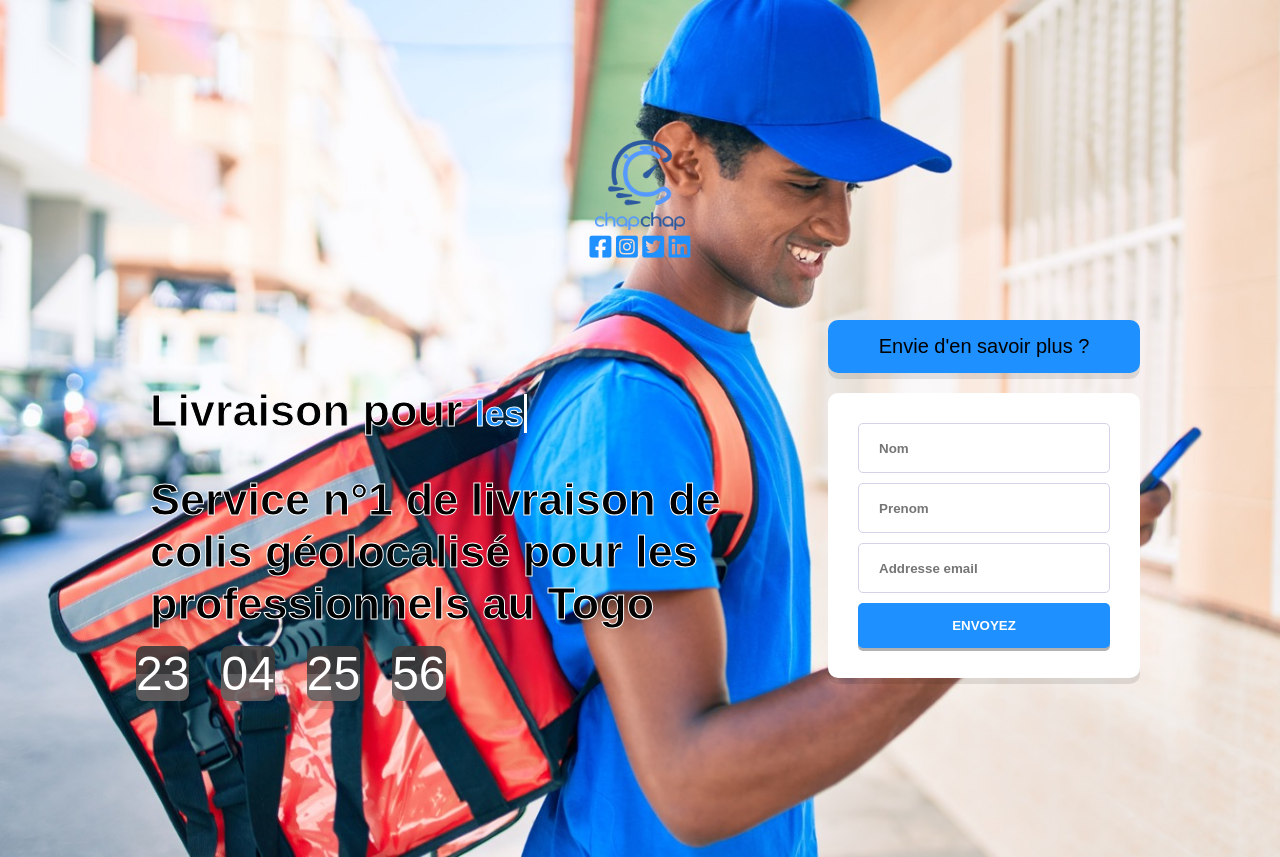
Repository: lawalalao/landpage
Page: index.html
These files come from the project's save history. The page is drawn as it stood at one moment and after the next save; the edit follows.
The browser window is 1280 px wide. The pictures show the whole page.
Some web fonts or font styles are not loaded; a fallback is used.

Above is the page before, as saved 2021-01-15 15:28:09.
Console error: TypeError: Cannot read properties of null (reading 'addEventListener')

After the next save:
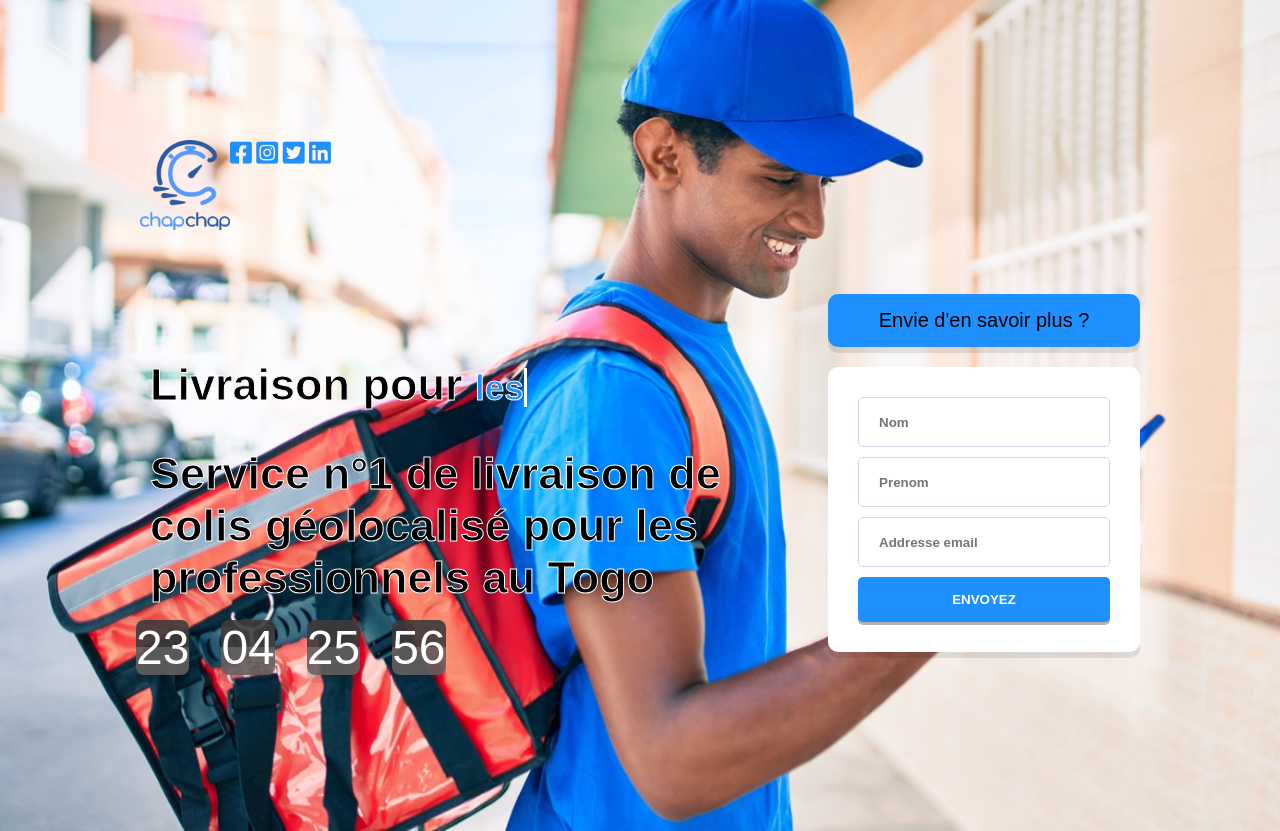
Saved 41 s later.
--- a/style.css
+++ b/style.css
@@ -208,6 +208,9 @@ input:hover {
     .content .countdown {
         font-size: 56px;
     }
+    .nav{
+        display:flex;
+    }
 }
 @media screen and (min-width: 900px) {
 
